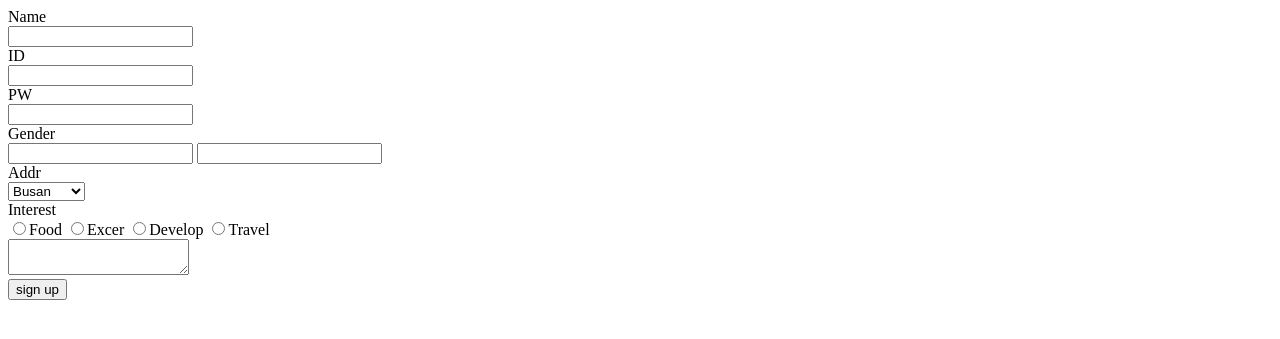
Repository: 9re9ori0426/Bootcamp
Page: webws/03_InputOutput/src/main/webapp/reg.html
An editor plug-in stored every save of this project. The page is shown before and after the next save, followed by the edit.
The browser window is 1280 px wide. The pictures show the whole page.

Above is the page before, as saved 2026-10-20 07:35:45.

### webws/03_InputOutput/src/main/webapp/reg.html
<!DOCTYPE html>
<html>
<head>
<meta charset="UTF-8">
<title>Insert title here</title>
</head>
<body>
	<form action="">
		<div class="signup-row">
			<div>Name</div>
			<input>
		</div>
		<div class="signup-row">
			<div>ID</div>
			<input>
		</div>
		<div class="signup-row">
			<div>PW</div>
			<input>
		</div>
		<div class="signup-row">
			<div>Gender</div>
			<input>
			<input>
		</div>
		<div class="signup-row">
			<div>Addr</div>
			<select>
				<option>Busan</option>
				<option>Seoul</option>
				<option>Cheonan</option>
			</select>
		</div>
		<div class="signup-row">
			<div>Interest</div>
			<input type="radio">Food
			<input type="radio">Excer
			<input type="radio">Develop
			<input type="radio">Travel
		</div>
		<div class="signup-row">
			<textarea></textarea>
		</div>


		<button>sign up</button>
	</form>
</body>
</html>

After the next save:
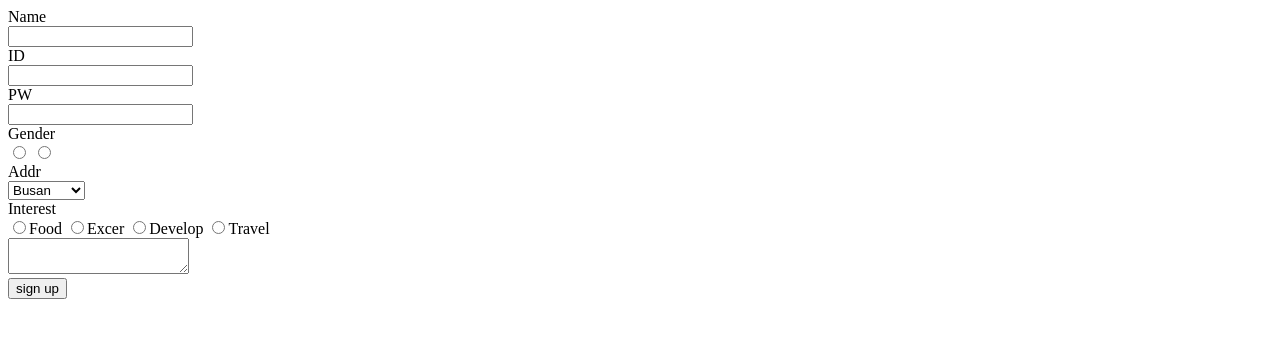
Saved 36 s later.
--- a/webws/03_InputOutput/src/main/webapp/reg.html
+++ b/webws/03_InputOutput/src/main/webapp/reg.html
@@ -20,8 +20,8 @@
 		</div>
 		<div class="signup-row">
 			<div>Gender</div>
-			<input>
-			<input>
+			<input type="radio" name="gender">
+			<input type="radio" name="gender">
 		</div>
 		<div class="signup-row">
 			<div>Addr</div>
